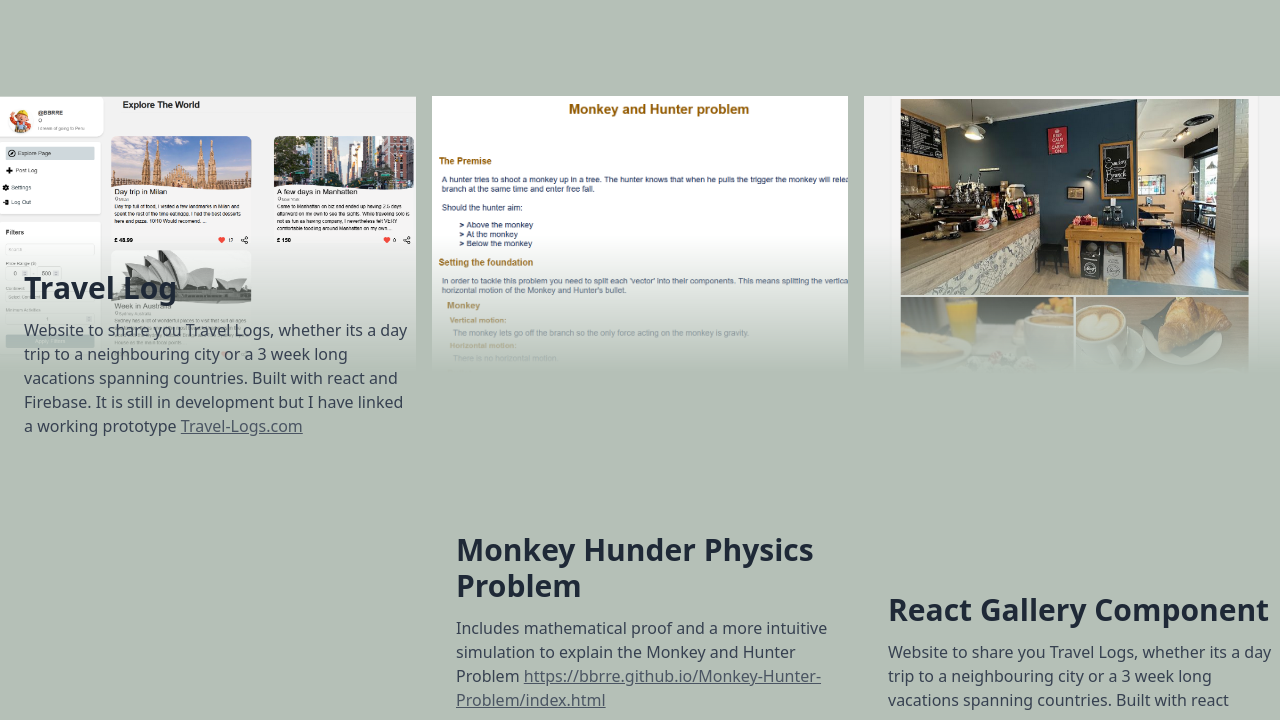
Repository: BBRRE/Portfolio-V2
Page: /#/Computer-Sci
An editor plug-in stored every save of this project. The page is shown before and after the next save, followed by the edit.
The browser window is 1280 px wide. The pictures show the whole page.
Some web fonts or font styles are not loaded; a fallback is used. The project was rebuilt for these pictures with package versions that can differ from the ones it lists, and the page was loaded fresh each time. Also part of the build but not shown: vite.config.js, src/Subjects/Archi.jsx, src/Subjects/EEng.jsx, src/Subjects/Other.jsx, src/Projects Overview.jsx, src/HomePage.jsx, src/ErrorBoundary.jsx.

Above is the page before, as saved 2024-11-29 09:15:11.

After the next save:
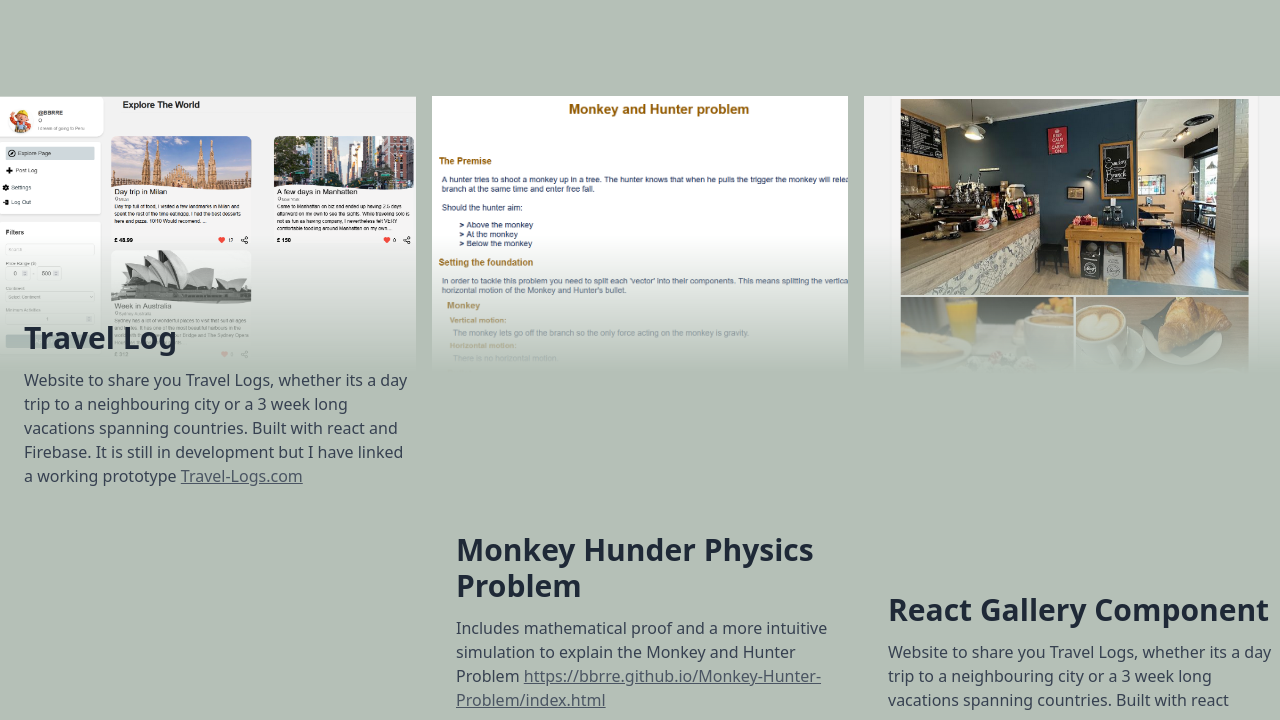
Saved 8 s later.
--- a/src/Subjects/CompSci.jsx
+++ b/src/Subjects/CompSci.jsx
@@ -6,7 +6,7 @@ import tr from '../assets/tra.png'
 const CompSci = () => {
   return (
     <div className='bg-[#B5C0B7] w-full h-auto min-h-screen flex gap-4'>
-      <div className='relative mx-auto mt-24 w-[700px] h-[350px]'>
+      <div className='relative mx-auto mt-24 w-[700px] h-[400px]'>
         <img src={cs} style={{ WebkitMaskImage: 'linear-gradient(to top, transparent 0%, black 50%)' }} />
         <div className=" absolute bottom-2 left-2 flex flex-col ml-4 gap-3 justify-center">
           <h2 className=" text-left text-xl md:text-2xl lg:text-3xl font-semibold text-gray-800">
